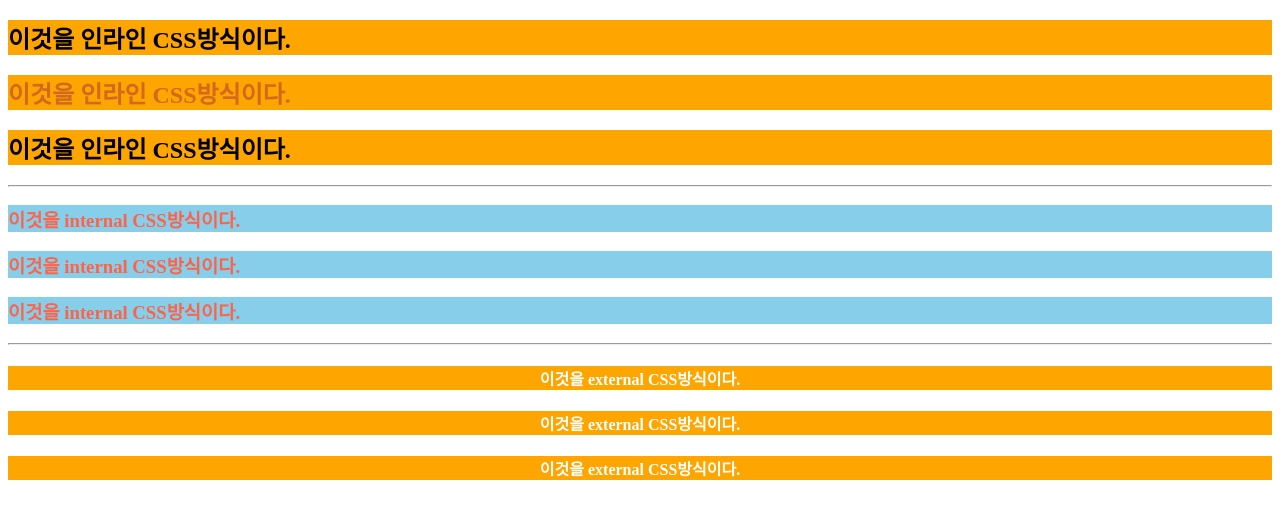
Repository: claddds/2023_webstudy
Page: 01_html/src/main/webapp/day01/ex07_style.html
The author's editor kept a copy of each file at every save. The page is drawn from the files as they stood at one save, then again after the next save.
The browser window is 1280 px wide. The pictures show the whole page.

Above is the page before, as saved 2023-06-19 09:16:50.

After the next save:
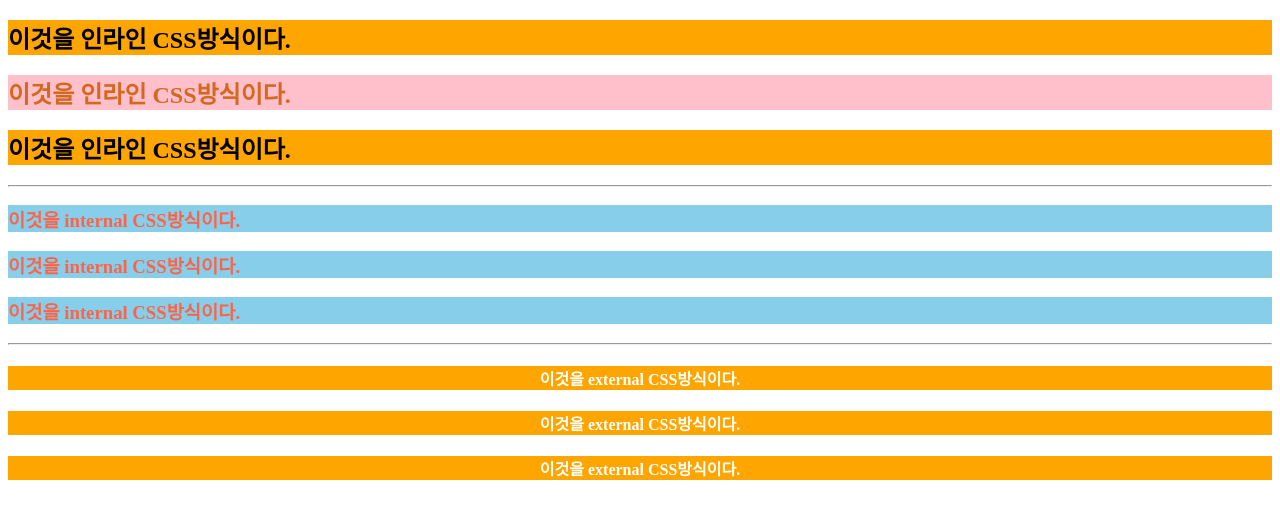
Saved 67 s later.
--- a/01_html/src/main/webapp/day01/ex07_style.html
+++ b/01_html/src/main/webapp/day01/ex07_style.html
@@ -20,7 +20,7 @@ h3{
  -->
 
  <h2>이것을 인라인 CSS방식이다.</h2>
- <h2 style="color: Chocolate">이것을 인라인 CSS방식이다.</h2>
+ <h2 style="color: Chocolate; background-color: pink;">이것을 인라인 CSS방식이다.</h2>
  <h2>이것을 인라인 CSS방식이다.</h2>
  <hr>
 
